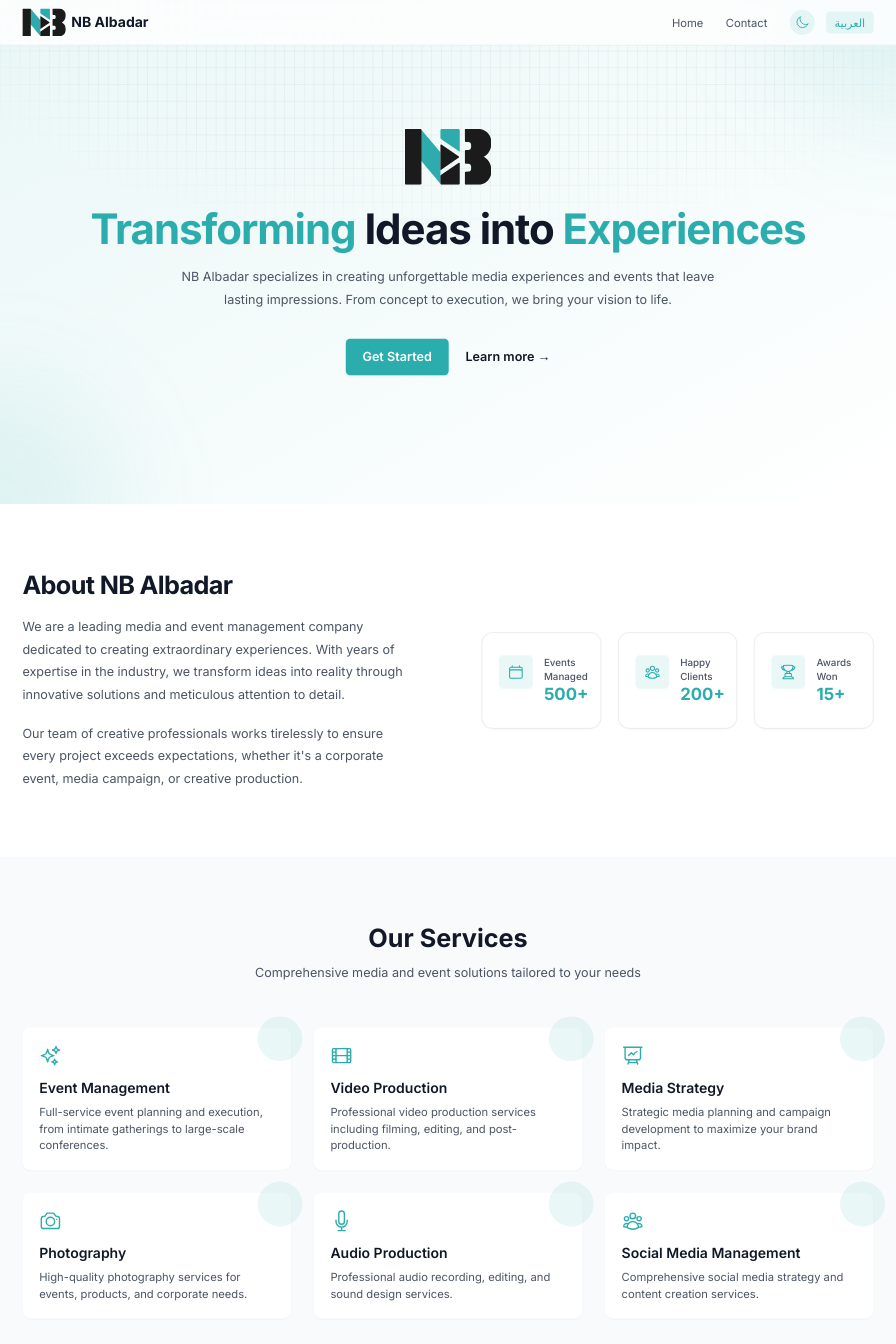
Repository: omartetano99/nb-albadr-website
Page: /
These files come from the project's save history. The page is drawn as it stood at one moment and after a run of saves; the edit follows.
The browser window is 1280 px wide. The pictures show the part of the page from y = 0 to 1920 px (the page is 3710 px tall), at 70% of full size.
The project was rebuilt for these pictures with package versions that can differ from the ones it lists, and the page was loaded fresh each time. The framework's server and built-in components were replaced by stand-ins that run in the browser. Also part of the build but not shown: next.config.mjs.

Above is the page before, as saved 2025-01-31 17:14:49.

### src/app/layout.tsx
import type { Metadata } from "next";
import { Inter } from "next/font/google";
import { Noto_Kufi_Arabic } from "next/font/google";
import "./globals.css";
import { ThemeProvider } from "@/components/ThemeProvider";
import { LanguageProvider } from "@/context/LanguageContext";

const inter = Inter({ subsets: ["latin"], variable: '--font-inter' });
const notoKufiArabic = Noto_Kufi_Arabic({
  subsets: ["arabic"],
  variable: '--font-arabic',
  weight: ['400', '500', '600', '700'],
});

export const metadata: Metadata = {
  title: "NB Albadar Media & Event",
  description: "Professional media and event management services",
};

export default function RootLayout({
  children,
}: {
  children: React.ReactNode
}) {
  return (
    <html lang="en" suppressHydrationWarning>
      <body className={`${inter.variable} ${notoKufiArabic.variable} font-sans antialiased`}>
        <ThemeProvider
          attribute="class"
          defaultTheme="system"
          enableSystem
          disableTransitionOnChange
        >
          <LanguageProvider>
            <div className="min-h-screen bg-white dark:bg-gray-900 text-gray-900 dark:text-gray-100 transition-colors duration-300">
              {children}
            </div>
          </LanguageProvider>
        </ThemeProvider>
      </body>
    </html>
  );
}

### src/app/page.tsx
import { Navbar } from '@/components/Navbar'
import { Hero } from '@/components/Hero'
import { About } from '@/components/About'
import { Services } from '@/components/Services'
import { Testimonials } from '@/components/Testimonials'
import { Contact } from '@/components/Contact'
import { Footer } from '@/components/Footer'

export default function Home() {
  return (
    <main>
      <Navbar />
      <Hero />
      <About />
      <Services />
      <Testimonials />
      <Contact />
      <Footer />
    </main>
  )
}

### src/app/globals.css
@tailwind base;
@tailwind components;
@tailwind utilities;

@layer base {
  html {
    @apply antialiased;
  }
}

:root {
  --background: #ffffff;
  --foreground: #171717;
}

@media (prefers-color-scheme: dark) {
  :root {
    --background: #0a0a0a;
    --foreground: #ededed;
  }
}

body {
  color: var(--foreground);
  background: var(--background);
  font-family: Arial, Helvetica, sans-serif;
}

### src/components/ThemeProvider.tsx
'use client'

import { ThemeProvider as NextThemesProvider } from 'next-themes'
import { type ThemeProviderProps } from 'next-themes/dist/types'

export function ThemeProvider({ children, ...props }: ThemeProviderProps) {
  return (
    <NextThemesProvider
      attribute="class"
      defaultTheme="system"
      enableSystem
      {...props}
    >
      {children}
    </NextThemesProvider>
  )
}

### src/context/LanguageContext.tsx
'use client'

import { createContext, useContext, useState, useEffect } from 'react'

type LanguageContextType = {
  language: 'en' | 'ar'
  setLanguage: (lang: 'en' | 'ar') => void
}

const LanguageContext = createContext<LanguageContextType | undefined>(undefined)

export function LanguageProvider({ children }: { children: React.ReactNode }) {
  const [language, setLanguage] = useState<'en' | 'ar'>('en')

  useEffect(() => {
    const savedLanguage = localStorage.getItem('language') as 'en' | 'ar'
    if (savedLanguage) {
      setLanguage(savedLanguage)
      document.documentElement.dir = savedLanguage === 'ar' ? 'rtl' : 'ltr'
      document.documentElement.lang = savedLanguage
    }
  }, [])

  const handleLanguageChange = (newLanguage: 'en' | 'ar') => {
    setLanguage(newLanguage)
    localStorage.setItem('language', newLanguage)
    document.documentElement.dir = newLanguage === 'ar' ? 'rtl' : 'ltr'
    document.documentElement.lang = newLanguage
  }

  return (
    <LanguageContext.Provider value={{ language, setLanguage: handleLanguageChange }}>
      {children}
    </LanguageContext.Provider>
  )
}

export function useLanguage() {
  const context = useContext(LanguageContext)
  if (context === undefined) {
    throw new Error('useLanguage must be used within a LanguageProvider')
  }
  return context
}

### src/components/Navbar.tsx
'use client'

import { useState, useEffect } from 'react'
import Link from 'next/link'
import Image from 'next/image'
import { motion, AnimatePresence } from 'framer-motion'
import { ThemeToggle } from './ThemeToggle'
import { Bars3Icon, XMarkIcon } from '@heroicons/react/24/outline'
import { useTheme } from 'next-themes'
import { LanguageToggle } from './LanguageToggle'
import { useLanguage } from '@/context/LanguageContext'

const content = {
  en: {
    navLinks: [
      { name: 'Home', href: '/' },
      { name: 'Contact', href: '/contact' },
    ],
  },
  ar: {
    navLinks: [
      { name: 'الرئيسية', href: '/' },
      { name: 'تواصل معنا', href: '/contact' },
    ],
  },
}

export function Navbar() {
  const [isOpen, setIsOpen] = useState(false)
  const { theme } = useTheme()
  const { language } = useLanguage()
  const [mounted, setMounted] = useState(false)

  useEffect(() => {
    setMounted(true)
  }, [])

  const currentNavLinks = content[language].navLinks

  return (
    <nav className="fixed w-full bg-white/80 dark:bg-gray-900/80 backdrop-blur-sm z-50 border-b border-gray-200 dark:border-gray-800">
      <div className="max-w-7xl mx-auto px-4 sm:px-6 lg:px-8">
        <div className="flex items-center justify-between h-16">
          <Link href="/" className="flex items-center">
            {mounted && (
              <Image
                src={theme === 'dark' ? "/logo-nb.svg" : "/logo-nb-light.svg"}
                alt="NB Albadar Logo"
                width={40}
                height={40}
                className="h-10 w-auto"
                priority
              />
            )}
            <span className={`ml-2 text-xl font-bold text-gray-900 dark:text-white ${language === 'ar' ? 'font-arabic' : ''}`}>
              {language === 'en' ? 'NB Albadar' : 'إن بي البدر'}
            </span>
          </Link>

          {/* Desktop Navigation */}
          <div className="hidden md:flex items-center space-x-8" dir={language === 'ar' ? 'rtl' : 'ltr'}>
            {currentNavLinks.map((link) => (
              <Link
                key={link.href}
                href={link.href}
                className={`text-gray-600 dark:text-gray-300 hover:text-primary dark:hover:text-primary transition-colors ${language === 'ar' ? 'font-arabic' : ''}`}
              >
                {link.name}
              </Link>
            ))}
            <div className="flex items-center space-x-4">
              <ThemeToggle />
              <LanguageToggle />
            </div>
          </div>

          {/* Mobile Navigation Button */}
          <div className="md:hidden flex items-center space-x-2">
            <ThemeToggle />
            <LanguageToggle />
            <button
              onClick={() => setIsOpen(!isOpen)}
              className="p-2 rounded-md text-gray-600 dark:text-gray-300 hover:text-primary dark:hover:text-primary"
            >
              {isOpen ? (
                <XMarkIcon className="h-6 w-6" />
              ) : (
                <Bars3Icon className="h-6 w-6" />
              )}
            </button>
          </div>
        </div>
      </div>

      {/* Mobile Navigation Menu */}
      <AnimatePresence>
        {isOpen && (
          <motion.div
            initial={{ opacity: 0, height: 0 }}
            animate={{ opacity: 1, height: 'auto' }}
            exit={{ opacity: 0, height: 0 }}
            className="md:hidden border-t border-gray-200 dark:border-gray-800"
            dir={language === 'ar' ? 'rtl' : 'ltr'}
          >
            <div className="px-2 pt-2 pb-3 space-y-1">
              {currentNavLinks.map((link) => (
                <Link
                  key={link.href}
                  href={link.href}
                  className={`block px-3 py-2 rounded-md text-gray-600 dark:text-gray-300 hover:text-primary dark:hover:text-primary hover:bg-gray-100 dark:hover:bg-gray-800 transition-colors ${language === 'ar' ? 'font-arabic' : ''}`}
                  onClick={() => setIsOpen(false)}
                >
                  {link.name}
                </Link>
              ))}
            </div>
          </motion.div>
        )}
      </AnimatePresence>
    </nav>
  )
}

### src/components/Footer.tsx
'use client'

import Link from 'next/link'
import { motion } from 'framer-motion'
import Image from 'next/image'
import { useTheme } from 'next-themes'
import { useEffect, useState } from 'react'
import { LanguageToggle } from './LanguageToggle'
import { useLanguage } from '@/context/LanguageContext'

const content = {
  en: {
    navigation: [
      { name: 'Home', href: '/' },
      { name: 'Contact', href: '/contact' },
    ],
    copyright: '© 2024 NB Albadar. All rights reserved.',
  },
  ar: {
    navigation: [
      { name: 'الرئيسية', href: '/' },
      { name: 'تواصل معنا', href: '/contact' },
    ],
    copyright: '© 2024 إن بي البدر. جميع الحقوق محفوظة.',
  },
}

const navigation = {
  en: {
    main: [
      { name: 'About', href: '/about' },
      { name: 'Services', href: '/services' },
      { name: 'Testimonials', href: '/testimonials' },
      { name: 'Contact', href: '/contact' },
    ],
  },
  ar: {
    main: [
      { name: 'من نحن', href: '/about' },
      { name: 'خدماتنا', href: '/services' },
      { name: 'آراء العملاء', href: '/testimonials' },
      { name: 'اتصل بنا', href: '/contact' },
    ],
  },
  social: [
    {
      name: 'Facebook',
      href: '#',
      icon: (props: any) => (
        <svg fill="currentColor" viewBox="0 0 24 24" {...props}>
          <path
            fillRule="evenodd"
            d="M22 12c0-5.523-4.477-10-10-10S2 6.477 2 12c0 4.991 3.657 9.128 8.438 9.878v-6.987h-2.54V12h2.54V9.797c0-2.506 1.492-3.89 3.777-3.89 1.094 0 2.238.195 2.238.195v2.46h-1.26c-1.243 0-1.63.771-1.63 1.562V12h2.773l-.443 2.89h-2.33v6.988C18.343 21.128 22 16.991 22 12z"
            clipRule="evenodd"
          />
        </svg>
      ),
    },
    {
      name: 'Instagram',
      href: '#',
      icon: (props: any) => (
        <svg fill="currentColor" viewBox="0 0 24 24" {...props}>
          <path
            fillRule="evenodd"
            d="M12.315 2c2.43 0 2.784.013 3.808.06 1.064.049 1.791.218 2.427.465a4.902 4.902 0 011.772 1.153 4.902 4.902 0 011.153 1.772c.247.636.416 1.363.465 2.427.048 1.067.06 1.407.06 4.123v.08c0 2.643-.012 2.987-.06 4.043-.049 1.064-.218 1.791-.465 2.427a4.902 4.902 0 01-1.153 1.772 4.902 4.902 0 01-1.772 1.153c-.636.247-1.363.416-2.427.465-1.067.048-1.407.06-4.123.06h-.08c-2.643 0-2.987-.012-4.043-.06-1.064-.049-1.791-.218-2.427-.465a4.902 4.902 0 01-1.772-1.153 4.902 4.902 0 01-1.153-1.772c-.247-.636-.416-1.363-.465-2.427-.047-1.024-.06-1.379-.06-3.808v-.63c0-2.43.013-2.784.06-3.808.049-1.064.218-1.791.465-2.427a4.902 4.902 0 011.153-1.772A4.902 4.902 0 015.45 2.525c.636-.247 1.363-.416 2.427-.465C8.901 2.013 9.256 2 11.685 2h.63zm-.081 1.802h-.468c-2.456 0-2.784.011-3.807.058-.975.045-1.504.207-1.857.344-.467.182-.8.398-1.15.748-.35.35-.566.683-.748 1.15-.137.353-.3.882-.344 1.857-.047 1.023-.058 1.351-.058 3.807v.468c0 2.456.011 2.784.058 3.807.045.975.207 1.504.344 1.857.182.466.399.8.748 1.15.35.35.683.566 1.15.748.353.137.882.3 1.857.344 1.054.048 1.37.058 4.041.058h.08c2.597 0 2.917-.01 3.96-.058.976-.045 1.505-.207 1.858-.344.466-.182.8-.398 1.15-.748.35-.35.566-.683.748-1.15.137-.353.3-.882.344-1.857.048-1.055.058-1.37.058-4.041v-.08c0-2.597-.01-2.917-.058-3.96-.045-.976-.207-1.505-.344-1.858a3.097 3.097 0 00-.748-1.15 3.098 3.098 0 00-1.15-.748c-.353-.137-.882-.3-1.857-.344-1.023-.047-1.351-.058-3.807-.058zM12 6.865a5.135 5.135 0 110 10.27 5.135 5.135 0 010-10.27zm0 1.802a3.333 3.333 0 100 6.666 3.333 3.333 0 000-6.666zm5.338-3.205a1.2 1.2 0 110 2.4 1.2 1.2 0 010-2.4z"
            clipRule="evenodd"
          />
        </svg>
      ),
    },
    {
      name: 'Twitter',
      href: '#',
      icon: (props: any) => (
        <svg fill="currentColor" viewBox="0 0 24 24" {...props}>
          <path d="M8.29 20.251c7.547 0 11.675-6.253 11.675-11.675 0-.178 0-.355-.012-.53A8.348 8.348 0 0022 5.92a8.19 8.19 0 01-2.357.646 4.118 4.118 0 001.804-2.27 8.224 8.224 0 01-2.605.996 4.107 4.107 0 00-6.993 3.743 11.65 11.65 0 01-8.457-4.287 4.106 4.106 0 001.27 5.477A4.072 4.072 0 012.8 9.713v.052a4.105 4.105 0 003.292 4.022 4.095 4.095 0 01-1.853.07 4.108 4.108 0 003.834 2.85A8.233 8.233 0 012 18.407a11.616 11.616 0 006.29 1.84" />
        </svg>
      ),
    },
    {
      name: 'LinkedIn',
      href: '#',
      icon: (props: any) => (
        <svg fill="currentColor" viewBox="0 0 24 24" {...props}>
          <path
            fillRule="evenodd"
            d="M19.812 5.418c.861.23 1.538.907 1.768 1.768C21.998 8.746 22 12 22 12s0 3.255-.418 4.814a2.504 2.504 0 0 1-1.768 1.768c-1.56.419-7.814.419-7.814.419s-6.255 0-7.814-.419a2.505 2.505 0 0 1-1.768-1.768C2 15.255 2 12 2 12s0-3.255.418-4.814c.23-.861.907-1.538 1.768-1.768C5.746 5 12 5 12 5s6.254 0 7.814.418ZM15.194 12 10 15V9l5.194 3Z"
            clipRule="evenodd"
          />
        </svg>
      ),
    },
  ],
}

export function Footer() {
  const { theme } = useTheme()
  const { language } = useLanguage()
  const [mounted, setMounted] = useState(false)

  useEffect(() => {
    setMounted(true)
  }, [])

  return (
    <footer className="bg-white dark:bg-gray-900">
      <div className="max-w-7xl mx-auto py-12 px-4 overflow-hidden sm:px-6 lg:px-8">
        <motion.div
          initial={{ opacity: 0, y: 20 }}
          whileInView={{ opacity: 1, y: 0 }}
          viewport={{ once: true }}
          transition={{ duration: 0.5 }}
        >
          <div className="flex justify-center">
            {mounted && (
              <Image
                src={theme === 'dark' ? "/logo-nb.svg" : "/logo-nb-light.svg"}
                alt="NB Albadar Logo"
                width={40}
                height={40}
                className="h-10 w-auto"
                priority
              />
            )}
          </div>
          <nav
            className="-mx-5 -my-2 flex flex-wrap justify-center mt-6"
            aria-label="Footer"
            dir={language === 'ar' ? 'rtl' : 'ltr'}
          >
            {navigation[language].main.map((item) => (
              <div key={item.name} className="px-5 py-2">
                <Link
                  href={item.href}
                  className={`text-base text-gray-600 dark:text-gray-400 hover:text-primary dark:hover:text-primary ${language === 'ar' ? 'font-arabic' : ''}`}
                >
                  {item.name}
                </Link>
              </div>
            ))}
          </nav>
          <div className="mt-8 flex justify-center space-x-6">
            {navigation.social.map((item) => (
              <a
                key={item.name}
                href={item.href}
                className="text-gray-500 dark:text-gray-400 hover:text-primary dark:hover:text-primary"
              >
                <span className="sr-only">{item.name}</span>
                <item.icon className="h-6 w-6" aria-hidden="true" />
              </a>
            ))}
          </div>
          <div className="mt-8 flex justify-center">
            <LanguageToggle />
          </div>
          <p className={`mt-8 text-center text-base text-gray-500 dark:text-gray-400 ${language === 'ar' ? 'font-arabic' : ''}`}>
            {content[language].copyright}
          </p>
        </motion.div>
      </div>
    </footer>
  )
}

### src/components/ThemeToggle.tsx
'use client'

import { SunIcon, MoonIcon } from '@heroicons/react/24/outline'
import { useTheme } from 'next-themes'
import { useEffect, useState } from 'react'
import { motion } from 'framer-motion'

export function ThemeToggle() {
  const [mounted, setMounted] = useState(false)
  const { theme, setTheme } = useTheme()

  useEffect(() => {
    setMounted(true)
  }, [])

  if (!mounted) return null

  return (
    <motion.button
      whileHover={{ scale: 1.05 }}
      whileTap={{ scale: 0.95 }}
      onClick={() => setTheme(theme === 'dark' ? 'light' : 'dark')}
      className="p-2 rounded-full bg-primary/10 hover:bg-primary/20 transition-colors"
      aria-label="Toggle theme"
    >
      {theme === 'dark' ? (
        <SunIcon className="w-5 h-5 text-primary" />
      ) : (
        <MoonIcon className="w-5 h-5 text-primary" />
      )}
    </motion.button>
  )
}

### src/components/LanguageToggle.tsx
'use client'

import { motion } from 'framer-motion'
import { useLanguage } from '@/context/LanguageContext'

export function LanguageToggle() {
  const { language, setLanguage } = useLanguage()

  return (
    <motion.button
      whileHover={{ scale: 1.05 }}
      whileTap={{ scale: 0.95 }}
      onClick={() => setLanguage(language === 'en' ? 'ar' : 'en')}
      className="px-3 py-1 rounded-md bg-primary/10 hover:bg-primary/20 transition-colors text-primary font-medium"
      aria-label="Toggle language"
    >
      {language === 'en' ? 'العربية' : 'English'}
    </motion.button>
  )
}

### tailwind.config.ts
import type { Config } from "tailwindcss";

const config: Config = {
  content: [
    "./src/pages/**/*.{js,ts,jsx,tsx,mdx}",
    "./src/components/**/*.{js,ts,jsx,tsx,mdx}",
    "./src/app/**/*.{js,ts,jsx,tsx,mdx}",
  ],
  darkMode: 'class',
  theme: {
    extend: {
      colors: {
        primary: {
          DEFAULT: '#2CADAD',
          light: '#33c2c2',
          dark: '#259898',
        },
        background: "var(--background)",
        foreground: "var(--foreground)",
      },
      fontFamily: {
        sans: ['var(--font-inter)'],
        arabic: ['var(--font-arabic)', 'Noto Kufi Arabic', 'system-ui', 'sans-serif'],
      },
      animation: {
        'fade-in': 'fadeIn 0.5s ease-in-out',
        'slide-up': 'slideUp 0.5s ease-in-out',
      },
      keyframes: {
        fadeIn: {
          '0%': { opacity: '0' },
          '100%': { opacity: '1' },
        },
        slideUp: {
          '0%': { transform: 'translateY(20px)', opacity: '0' },
          '100%': { transform: 'translateY(0)', opacity: '1' },
        },
      },
    },
  },
  plugins: [],
}

export default config;

Loaded but not shown: src/components/Contact.tsx (159 lines, source omitted); src/components/Services.tsx (169 lines, source omitted); src/components/Hero.tsx (148 lines, source omitted); src/components/Testimonials.tsx (124 lines, source omitted); src/components/About.tsx (127 lines, source omitted)

After the next 2 saves:
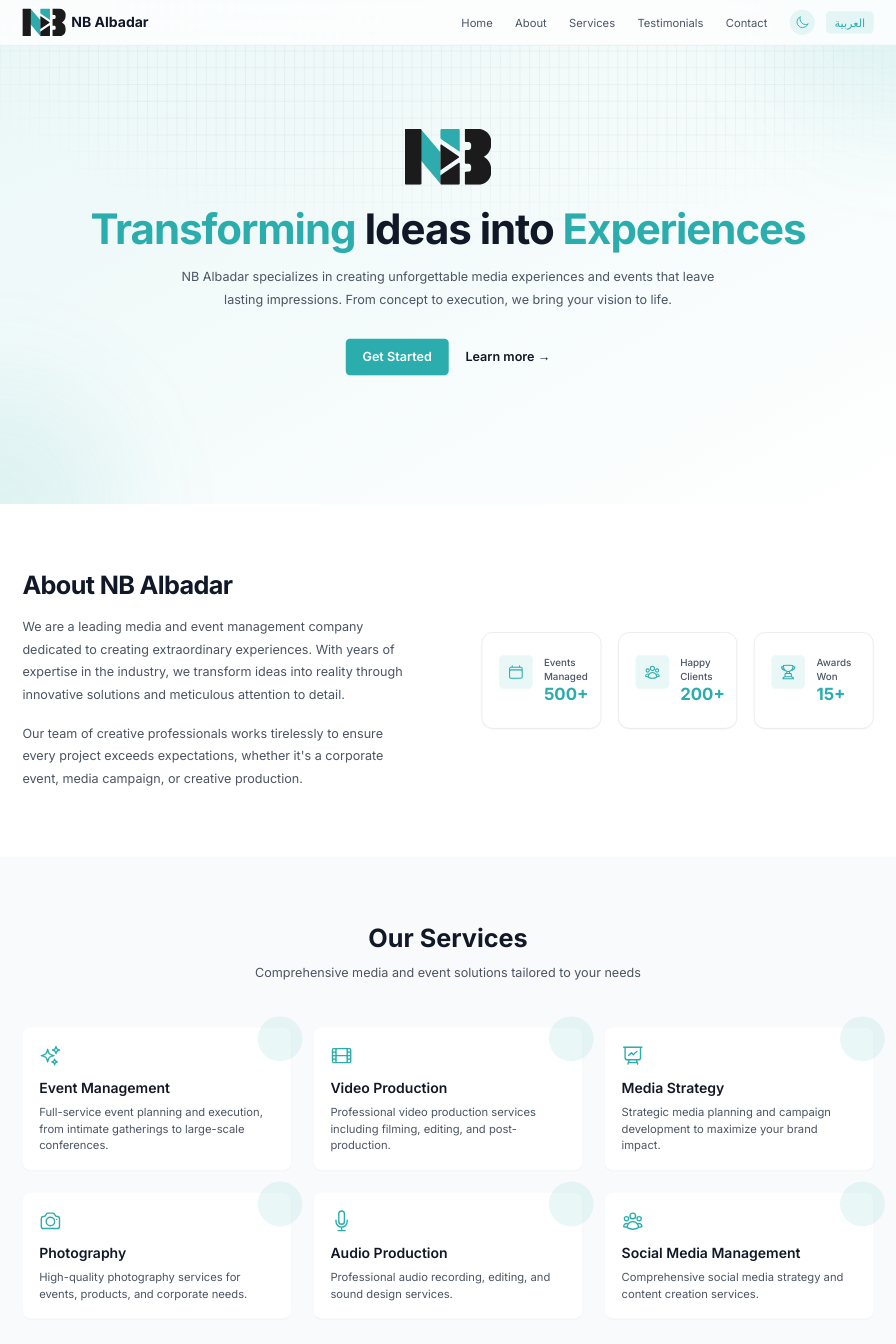
The 2 saves are shown as one change because 1 did not build or start.
The last was saved 3 min 28 s later.
--- a/src/components/Navbar.tsx
+++ b/src/components/Navbar.tsx
@@ -10,19 +10,21 @@ import { useTheme } from 'next-themes'
 import { LanguageToggle } from './LanguageToggle'
 import { useLanguage } from '@/context/LanguageContext'
 
-const content = {
-  en: {
-    navLinks: [
-      { name: 'Home', href: '/' },
-      { name: 'Contact', href: '/contact' },
-    ],
-  },
-  ar: {
-    navLinks: [
-      { name: 'الرئيسية', href: '/' },
-      { name: 'تواصل معنا', href: '/contact' },
-    ],
-  },
+const navLinks = {
+  en: [
+    { href: '/', label: 'Home' },
+    { href: '/about', label: 'About' },
+    { href: '/services', label: 'Services' },
+    { href: '/testimonials', label: 'Testimonials' },
+    { href: '/contact', label: 'Contact' },
+  ],
+  ar: [
+    { href: '/', label: 'الرئيسية' },
+    { href: '/about', label: 'من نحن' },
+    { href: '/services', label: 'خدماتنا' },
+    { href: '/testimonials', label: 'آراء العملاء' },
+    { href: '/contact', label: 'اتصل بنا' },
+  ],
 }
 
 export function Navbar() {
@@ -35,7 +37,7 @@ export function Navbar() {
     setMounted(true)
   }, [])
 
-  const currentNavLinks = content[language].navLinks
+  const currentNavLinks = navLinks[language]
 
   return (
     <nav className="fixed w-full bg-white/80 dark:bg-gray-900/80 backdrop-blur-sm z-50 border-b border-gray-200 dark:border-gray-800">
@@ -65,7 +67,7 @@ export function Navbar() {
                 href={link.href}
                 className={`text-gray-600 dark:text-gray-300 hover:text-primary dark:hover:text-primary transition-colors ${language === 'ar' ? 'font-arabic' : ''}`}
               >
-                {link.name}
+                {link.label}
               </Link>
             ))}
             <div className="flex items-center space-x-4">
@@ -110,7 +112,7 @@ export function Navbar() {
                   className={`block px-3 py-2 rounded-md text-gray-600 dark:text-gray-300 hover:text-primary dark:hover:text-primary hover:bg-gray-100 dark:hover:bg-gray-800 transition-colors ${language === 'ar' ? 'font-arabic' : ''}`}
                   onClick={() => setIsOpen(false)}
                 >
-                  {link.name}
+                  {link.label}
                 </Link>
               ))}
             </div>
--- a/src/components/Footer.tsx
+++ b/src/components/Footer.tsx
@@ -7,23 +7,6 @@ import { useTheme } from 'next-themes'
 import { useEffect, useState } from 'react'
 import { LanguageToggle } from './LanguageToggle'
 import { useLanguage } from '@/context/LanguageContext'
-
-const content = {
-  en: {
-    navigation: [
-      { name: 'Home', href: '/' },
-      { name: 'Contact', href: '/contact' },
-    ],
-    copyright: '© 2024 NB Albadar. All rights reserved.',
-  },
-  ar: {
-    navigation: [
-      { name: 'الرئيسية', href: '/' },
-      { name: 'تواصل معنا', href: '/contact' },
-    ],
-    copyright: '© 2024 إن بي البدر. جميع الحقوق محفوظة.',
-  },
-}
 
 const navigation = {
   en: {
@@ -156,7 +139,7 @@ export function Footer() {
             <LanguageToggle />
           </div>
           <p className={`mt-8 text-center text-base text-gray-500 dark:text-gray-400 ${language === 'ar' ? 'font-arabic' : ''}`}>
-            {content[language].copyright}
+            &copy; {new Date().getFullYear()} {language === 'en' ? 'NB Albadar Media & Event' : 'إن بي البدر للإعلام والفعاليات'}. {language === 'en' ? 'All rights reserved.' : 'جميع الحقوق محفوظة.'}
           </p>
         </motion.div>
       </div>
